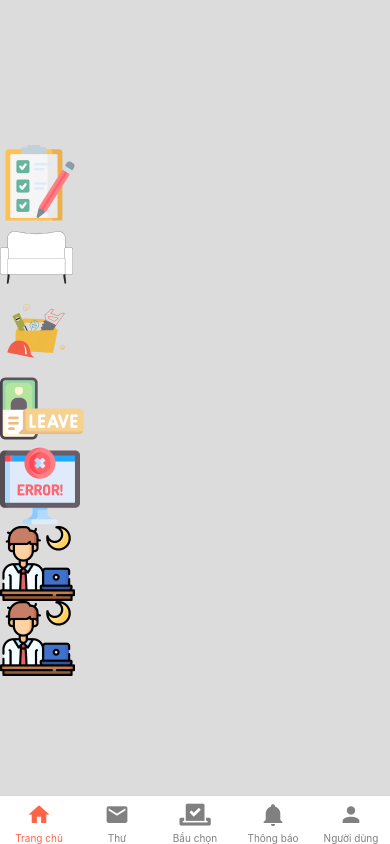
Repository: diepdung02/AppPTC
Page: /Home
The author's editor kept a copy of each file at every save. The page is drawn from the files as they stood at one save, then again after the next save.
The browser window is 390 px wide. The pictures show the whole page.
The page's requests for data from a server got no answer. The app was drawn by React Native's web renderer in a window 390 px wide. The project was rebuilt for these pictures with package versions that can differ from the ones it lists, and the page was loaded fresh each time. No one was signed in, and anything a server would have sent is missing. Also part of the build but not shown: screen/home/MailScreen.tsx, screen/home/NotificationScreen.tsx, screen/home/UserScreen.tsx, screen/home/VoteScreen.tsx. Imported but missing from the stored project, and not drawn on this page: assets.

Above is the page before, as saved 2024-06-30 15:16:02.

### App.tsx
// App.tsx

import React from 'react';
import { NavigationContainer } from '@react-navigation/native';
import { createStackNavigator } from '@react-navigation/stack';
import { LoginScreen, HomeScreen, NotificationScreen, UserScreen, MailScreen, VoteScreen } from './screen/index';
import { createBottomTabNavigator } from '@react-navigation/bottom-tabs';
import { MaterialCommunityIcons, FontAwesome5 } from '@expo/vector-icons'; // Sử dụng MaterialCommunityIcons từ expo/vector-icons

const Stack = createStackNavigator();
const Tab = createBottomTabNavigator();

const HomeTabNavigator: React.FC = () => {
  return (
    <Tab.Navigator
      initialRouteName="HomeTab"
      screenOptions={{
        tabBarActiveTintColor: 'tomato',
        tabBarInactiveTintColor: 'gray',
        tabBarStyle: { display: 'flex' },
      }}
    >
      <Tab.Screen
        name="HomeTab"
        component={HomeScreen}
        options={{
          headerShown: false,
          tabBarLabel: 'Trang chủ',
          tabBarIcon: ({ color, size }) => (
            <MaterialCommunityIcons name="home" color={color} size={size} />
          ),
        }}
      />

      <Tab.Screen
        name="Mail"
        component={MailScreen}
        options={{
          headerShown: false,
          tabBarLabel: 'Thư',
          tabBarIcon: ({ color, size }) => (
            <MaterialCommunityIcons name="email" color={color} size={size} />
          ),
        }}
      />

      <Tab.Screen
        name="Vote"
        component={VoteScreen}
        options={{
          headerShown: false,
          tabBarLabel: 'Bầu chọn',
          tabBarIcon: ({ color, size }) => (
            <FontAwesome5 name="vote-yea" color={color} size={size} />
          ),
        }}
      />

      <Tab.Screen
        name="Notifications"
        component={NotificationScreen}
        options={{
          headerShown: false,
          tabBarLabel: 'Thông báo',
          tabBarIcon: ({ color, size }) => (
            <MaterialCommunityIcons name="bell" color={color} size={size} />
          ),
        }}
      />
      <Tab.Screen
        name="User"
        component={UserScreen}
        options={{
          headerShown: false,
          tabBarLabel: 'Người dùng',
          tabBarIcon: ({ color, size }) => (
            <MaterialCommunityIcons name="account" color={color} size={size} />
          ),
        }}
      />
    </Tab.Navigator>
  );
}

const App: React.FC = () => {
  return (
    <NavigationContainer>
      <Stack.Navigator initialRouteName="Login">
        <Stack.Screen name="Login" component={LoginScreen} options={{ headerShown: false }} />
        <Stack.Screen name="Home" component={HomeTabNavigator} options={{ headerShown: false }} />
      </Stack.Navigator>
    </NavigationContainer>
  );
};

export default App;

### screen/index.tsx
import LoginScreen from './auth/LoginScreen';
import HomeScreen from './home/HomeScreen';
// screen/index.tsx

export { default as MailScreen } from './home/MailScreen';
export { default as NotificationScreen } from './home/NotificationScreen';
export { default as UserScreen } from './home/UserScreen';
export { default as VoteScreen } from './home/VoteScreen';


export{
    LoginScreen,
    HomeScreen,

}

### screen/auth/LoginScreen.tsx
// LoginScreen.tsx
import React, { useState, useEffect } from 'react';
import { View, TextInput, StyleSheet, TouchableOpacity, Text, Image } from 'react-native';
import { FontAwesome, MaterialIcons } from '@expo/vector-icons';
import { Formik } from 'formik';
import * as Yup from 'yup';
import AsyncStorage from '@react-native-async-storage/async-storage';
import COLORS from '../../constants/Color';
import { login, ApiResponse } from '../../API'; // Import API functions

type LoginProps = {
  navigation: any;
};

type FormValues = {
  username: string;
  password: string;
};

const LoginScreen: React.FC<LoginProps> = ({ navigation }) => {
  const [hidePassword, setHidePassword] = useState<boolean>(true);
  const [rememberPassword, setRememberPassword] = useState<boolean>(false);

  useEffect(() => {
    const checkRememberPassword = async () => {
      try {
        const savedPassword = await AsyncStorage.getItem('password');
        if (savedPassword) {
          setRememberPassword(true);
        }
      } catch (error) {
        console.error('Error reading password from AsyncStorage:', error);
      }
    };
    checkRememberPassword();
  }, []);

  const togglePasswordVisibility = () => {
    setHidePassword(!hidePassword);
  };

  const handleLogin = async (values: FormValues) => {
    try {
      const { username, password } = values;
      const response: ApiResponse<any> = await login({ username, password });
      if (response.success) {
        // Xử lý khi đăng nhập thành công
        alert('Đăng nhập thành công!');
        navigation.navigate('Home');
      } else {
        // Xử lý khi đăng nhập thất bại
        alert('Đăng nhập thất bại! ' + response.error);
      }
    } catch (error) {
      console.error('Error logging in:', error);
      alert('Đăng nhập thất bại! Vui lòng thử lại.');
    }
  };

  const validationSchema = Yup.object({
    username: Yup.string().required('Chưa nhập tên đăng nhập'),
    password: Yup.string().required('Chưa nhập mật khẩu'),
  });

  return (
    <Formik
      initialValues={{
        username: '',
        password: '',
      }}
      validationSchema={validationSchema}
      onSubmit={(values) => handleLogin(values)}
    >
      {({ values, touched, errors, handleChange, handleSubmit, handleBlur }) => (
        <View style={styles.container}>
          <Image source={require('../../assets/logo.png')} style={styles.logo} />
          <View style={styles.inputContainer}>
            <FontAwesome name="user" size={20} color="black" />
            <TextInput
              style={styles.textInput}
              placeholder="Username"
              value={values.username}
              onChangeText={handleChange('username')}
              onBlur={handleBlur('username')}
            />
          </View>
          {touched.username && errors.username && (
            <Text style={styles.errorText}>{errors.username}</Text>
          )}

          <View style={styles.inputContainer}>
            <FontAwesome name="lock" size={20} color="black" />
            <TextInput
              style={styles.textInput}
              placeholder="Password"
              secureTextEntry={hidePassword}
              value={values.password}
              onChangeText={handleChange('password')}
              onBlur={handleBlur('password')}
            />
            <TouchableOpacity onPress={togglePasswordVisibility}>
              <MaterialIcons
                name={hidePassword ? 'visibility-off' : 'visibility'}
                size={20}
                color="black"
              />
            </TouchableOpacity>
          </View>
          {touched.password && errors.password && (
            <Text style={styles.errorText}>{errors.password}</Text>
          )}

          <TouchableOpacity style={styles.loginButton} onPress={handleSubmit as any}>
            <Text style={styles.buttonText}>Login</Text>
          </TouchableOpacity>
          <TouchableOpacity onPress={() => navigation.navigate('ForgotPassword')}>
            <Text style={styles.forgotPasswordText}>Forgot Password?</Text>
          </TouchableOpacity>
        </View>
      )}
    </Formik>
  );
};

const styles = StyleSheet.create({
  container: {
    flex: 1,
    backgroundColor: COLORS.colorMain,
    alignItems: 'center',
    justifyContent: 'center',
  },
  logo: {
    width: 150,
    height: 150,
    marginBottom: 50,
  },
  inputContainer: {
    flexDirection: 'row',
    alignItems: 'center',
    backgroundColor: '#FFFFFF',
    borderRadius: 5,
    width: '80%',
    marginBottom: 20,
    padding: 10,
  },
  textInput: {
    flex: 1,
    marginLeft: 10,
  },
  loginButton: {
    backgroundColor: COLORS.blue,
    width: '80%',
    padding: 15,
    borderRadius: 5,
    alignItems: 'center',
  },
  buttonText: {
    color: 'white',
    fontSize: 16,
  },
  forgotPasswordText: {
    color: '#005A8C',
    marginTop: 20,
  },
  errorText: {
    color: 'red',
    fontSize: 12,
    marginBottom: 20,
  },
});

export default LoginScreen;

### screen/home/HomeScreen.tsx
import React, { useEffect, useState } from 'react';
import { View, Text, Image, StyleSheet, SafeAreaView,FlatList } from 'react-native';
import COLORS from '../../constants/Color';
import { ApiResponse, fetchUser } from '../../API'; // Điều chỉnh đường dẫn để phù hợp với cấu trúc tệp của bạn

const HomeScreen: React.FC = () => {
  const [userData, setUserData] = useState<any>({});

  useEffect(() => {
    const fetchUserData = async () => {
      const userId = '1'; // Thay thế với userId thực tế hoặc lấy động
      const response: ApiResponse<any> = await fetchUser(userId);
      if (response.success) {
        setUserData(response.data); // Giả định API trả về một đối tượng có các thuộc tính 'name' và 'dept'
      } else {
        console.error('Lỗi khi lấy dữ liệu người dùng:', response.error);
      }
    };

    fetchUserData();
  }, []);

  return (
    <SafeAreaView style={styles.container}>
      <View style={styles.inforContainer}>
        <Image source={{ uri: userData.avatar }} style={styles.avatar} />
        <View style={styles.txtInfor}>
          <Text style={styles.txtName}>{userData.name}</Text>
          <Text style={styles.txtDept}>{userData.dept}</Text>
        </View>
      </View>
      <View>
        <Image source={require('../../assets/check .png')}/>
        <Image source={require('../../assets/Product.png')}/>
        <Image source={require('../../assets/Output.png')}/>
        <Image source={require('../../assets/leave 1.png')}/>
        <Image source={require('../../assets/Error.png')}/>
        <Image source={require('../../assets/')}/>
        <Image source={require('../../assets/ot request.png')}/>
        <Image source={require('../../assets/ot request.png')}/>
      </View>
    </SafeAreaView>
  );
};

const styles = StyleSheet.create({
  container:{
    flex:1,
    backgroundColor:COLORS.colorMain,
  },
  avatar:{
    width:75,
    height:75,
    marginTop:70,
    marginLeft:20,
  },
  inforContainer:{
    flexDirection:"row",
    alignItems:"center"
  },
  txtInfor:{
    marginTop:70,
    paddingLeft:10,
  },
  txtName:{
    fontSize:20
  },
  txtDept:{
    fontSize:18
  }
});

export default HomeScreen;

### constants/Color.tsx
const COLORS = {
    colorMain:"#DCDCDC",
    blue: "#09648C"

  };
  export default COLORS;

### API.ts
// api.ts
export interface ApiResponse<T> {
  success: boolean;
  data?: T;
  error?: string;
}

export const fetchData = async (): Promise<ApiResponse<any>> => {
  try {
    const response = await fetch('https://668100b656c2c76b495d38a8.mockapi.io/PTC');
    if (!response.ok) {
      throw new Error('Network response was not ok');
    }
    const data = await response.json();
    return { success: true, data };
  } catch (error) {
    console.error('Error fetching data:', error);
    return { success: false, error: 'Error fetching data' };
  }
};

export interface LoginRequest {
  username: string;
  password: string;
}

export const login = async ({ username, password }: LoginRequest): Promise<ApiResponse<any>> => {
  try {
    const response = await fetch('https://668100b656c2c76b495d38a8.mockapi.io/PTC', {
      method: 'POST',
      headers: {
        'Content-Type': 'application/json',
      },
      body: JSON.stringify({ username, password }),
    });
    if (!response.ok) {
      throw new Error('Network response was not ok');
    }
    const data = await response.json();
    return { success: true, data };
  } catch (error) {
    console.error('Error logging in:', error);
    return { success: false, error: 'Error logging in' };
  }
};

export interface User {
  id: string;
  name: string;
  avatar: string;
  dept: string;
}

export const fetchUser = async (userId: string): Promise<ApiResponse<User>> => {
  try {
    const response = await fetch(`https://668100b656c2c76b495d38a8.mockapi.io/PTC/${userId}`);
    if (!response.ok) {
      throw new Error('Network response was not ok');
    }
    const data = await response.json();
    return { success: true, data };
  } catch (error) {
    console.error('Error fetching user data:', error);
    return { success: false, error: 'Error fetching user data' };
  }
};

After the next save:
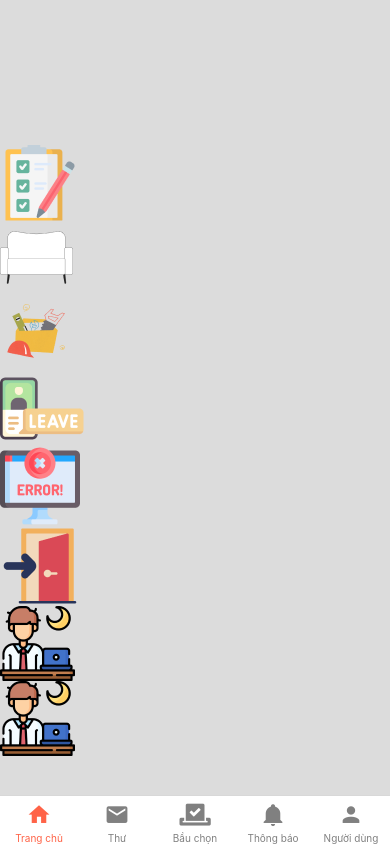
Saved 6 s later.
--- a/screen/home/HomeScreen.tsx
+++ b/screen/home/HomeScreen.tsx
@@ -35,7 +35,7 @@
         <Image source={require('../../assets/Output.png')}/>
         <Image source={require('../../assets/leave 1.png')}/>
         <Image source={require('../../assets/Error.png')}/>
-        <Image source={require('../../assets/')}/>
+        <Image source={require('../../assets/Group 12573.png')}/>
         <Image source={require('../../assets/ot request.png')}/>
         <Image source={require('../../assets/ot request.png')}/>
       </View>

After the save that followed:
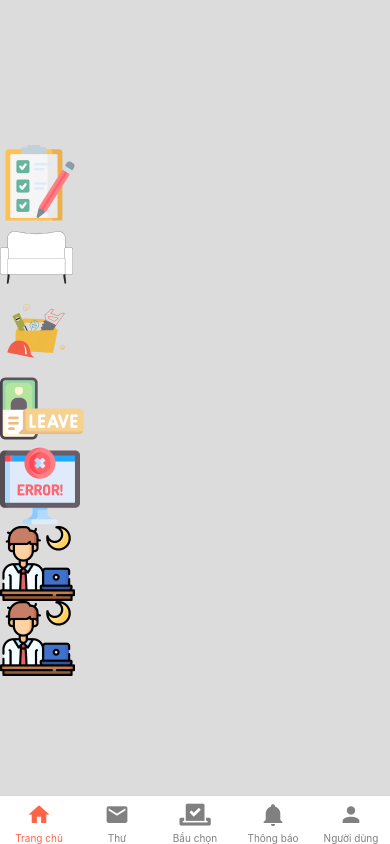
Saved 9 s later.
--- a/screen/home/HomeScreen.tsx
+++ b/screen/home/HomeScreen.tsx
@@ -35,7 +35,7 @@
         <Image source={require('../../assets/Output.png')}/>
         <Image source={require('../../assets/leave 1.png')}/>
         <Image source={require('../../assets/Error.png')}/>
-        <Image source={require('../../assets/Group 12573.png')}/>
+        <Image source={require('../../assets/')}/>
         <Image source={require('../../assets/ot request.png')}/>
         <Image source={require('../../assets/ot request.png')}/>
       </View>
